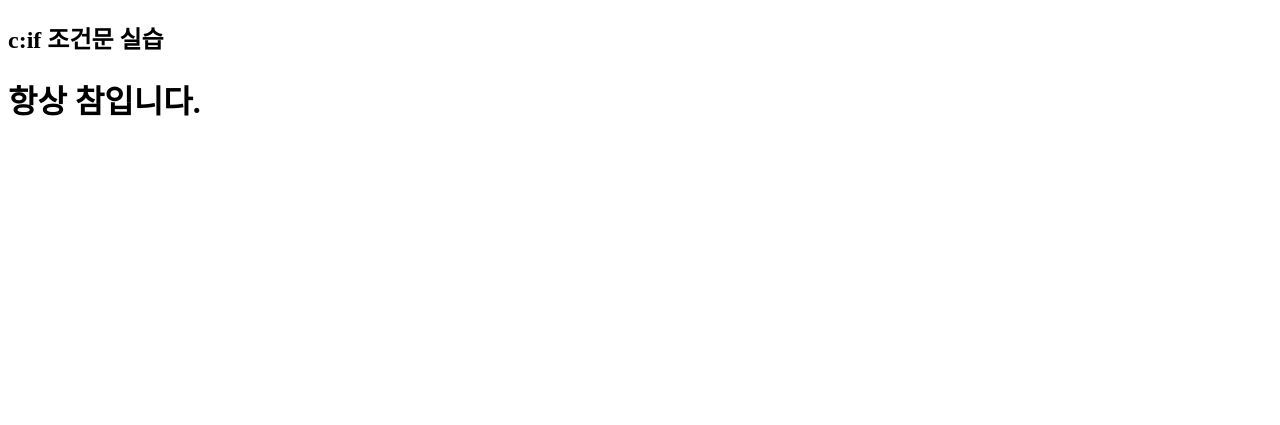
Repository: yw-son/yw-son
Page: http://localhost/pro14/jstl/member2.jsp
These files come from the project's save history. The page is drawn as it stood at one moment and after the next save; the edit follows.
The browser window is 1280 px wide. The pictures show the whole page.
The page is served by Tomcat 9.

Above is the page before, as saved 2023-06-16 02:20:59.

After the next save:
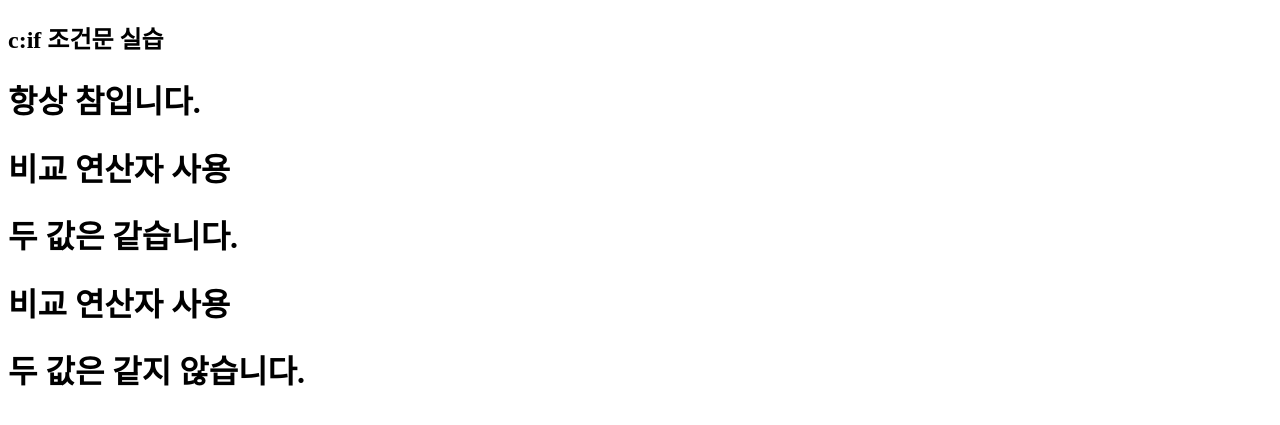
Saved 2 min 27 s later.
--- a/pro14/src/main/webapp/jstl/member2.jsp
+++ b/pro14/src/main/webapp/jstl/member2.jsp
@@ -33,5 +33,18 @@
 		<h1>항상 참입니다.</h1>
 	</c:if>
 
+	<c:if test="${11 == 11}">
+		<h1>비교 연산자 사용</h1>
+		<h1>두 값은 같습니다.</h1>
+	</c:if>
+
+	<c:if test="${11 != 31}">
+		<h1>비교 연산자 사용</h1>
+		<h1>두 값은 같지 않습니다.</h1>
+	</c:if>
+
+	<c:if test="${id == 'hong'} && ${name == '홍길동'}">
+		<h1>아이드는 ${id}이고, 이름은 ${name}입니다.</h1>
+	</c:if>
 </body>
 </html>
